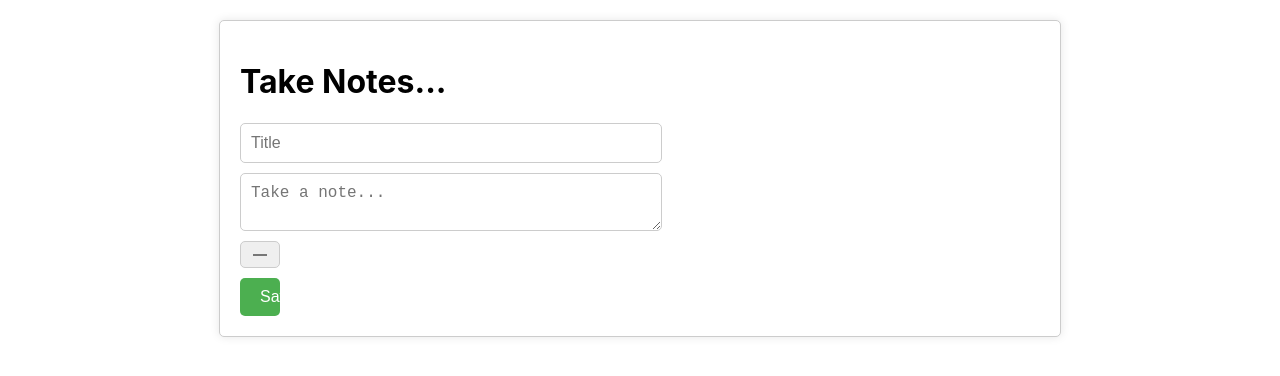
Repository: drumsmanku/google-keep-clone-1
Page: /
An editor plug-in stored every save of this project. The page is shown before and after the next save, followed by the edit.
The browser window is 1280 px wide. The pictures show the whole page.
The project was rebuilt for these pictures with package versions that can differ from the ones it lists, and the page was loaded fresh each time. Also part of the build but not shown: src/Components/Note.css, src/Components/Note.js.

Above is the page before, as saved 2023-12-23 10:57:12.

### src/App.js
import React, { useState, useEffect } from 'react';
import NoteList from './Components/NoteList';
import NoteForm from './Components/NoteForm';
import './App.css';

function App() {
  // Load notes from local storage or set to empty array
  const [notes, setNotes] = useState(
    JSON.parse(localStorage.getItem('notes')) || []
  );

  // This effect saves notes to local storage whenever notes state changes
  useEffect(() => {
    localStorage.setItem('notes', JSON.stringify(notes));
  }, [notes]);

  const createNote = (note) => {
    setNotes([note, ...notes]); // Prepend the new note to the beginning of the list
  };

  const editNote = (id, updatedNote) => {
    setNotes(notes.map(note => note.id === id ? updatedNote : note));
  };

  const deleteNote = (id) => {
    setNotes(notes.filter(note => note.id !== id)); // Remove note by id
  };

  return (
    <div className="app">
      <h1>Take Notes...</h1>
      <NoteForm onCreate={createNote} />
      <NoteList notes={notes} onDelete={deleteNote} onEdit={editNote} />
    </div>
  );
}

export default App;

### src/Components/NoteList.js
// NoteList does not need to change much, but it will pass the delete and edit functions down to Notes.
import React from 'react';
import Note from './Note';
import './NoteList.css';

function NoteList({ notes, onDelete, onEdit }) {
  return (
    <div className="note-list">
      {notes.map((note) => (
        <Note
          key={note.id}
          note={note}
          onDelete={onDelete}
          onEdit={onEdit}
        />
      ))}
    </div>
  );
}

export default NoteList;

### src/Components/NoteForm.js
// NoteForm will handle the creation of new notes.
import React, { useState } from 'react';
import './NoteForm.css'

function NoteForm({ onCreate }) {
  const [newNote, setNewNote] = useState({
    title: '',
    content: '',
    color: '#FFFFFF'
  });

  const handleSave = () => {
    if (newNote.title && newNote.content) {
      onCreate({ ...newNote, id: Date.now(), editTimestamp: Date.now() });
      setNewNote({ title: '', content: '', color: '#FFFFFF' }); // Reset the form
    }
  };

  const handleChange = (e) => {
    setNewNote({ ...newNote, [e.target.name]: e.target.value });
  };

  return (
    <div className="note-form">
      <input
        name="title"
        type="text"
        value={newNote.title}
        onChange={handleChange}
        placeholder="Title"
      />
      <textarea
        name="content"
        value={newNote.content}
        onChange={handleChange}
        placeholder="Take a note..."
      />
      <input
        name="color"
        type="color"
        value={newNote.color}
        onChange={handleChange}
      />
      <button onClick={handleSave}>Save</button>
    </div>
  );
}

export default NoteForm;

### src/App.css
.app {
  max-width: 800px;
  margin: 20px auto;
  padding: 20px;
  border: 1px solid #ccc;
  border-radius: 5px;
  background-color: #fff;
  box-shadow: 0 0 10px rgba(0, 0, 0, 0.1);
}

### src/Components/NoteList.css
.note-list {
  display: grid;
  grid-template-columns: repeat(auto-fill, minmax(250px, 1fr));
  gap: 20px;
}

### src/Components/NoteForm.css
.note-form {
  margin-top: 20px;
  display: flex;
  flex-direction: column;
}

.note-form input,
.note-form textarea {
  width: 50%;
  padding: 10px;
  margin-bottom: 10px;
  font-size: 16px;
  border: 1px solid #ccc;
  border-radius: 5px;
}

.note-form input[type='color']{
  width: 5%;
  padding: 10px;
  margin-bottom: 10px;
  font-size: 16px;
  border: 1px solid #ccc;
  border-radius: 5px;
  margin-right: 1rem;
}

.note-form button {
  width: 5%;
  padding: 10px 20px;
  font-size: 16px;
  border: none;
  border-radius: 5px;
  background-color: #4CAF50;
  color: white;
  cursor: pointer;
  transition: background-color 0.3s;
}

.note-form button:hover {
  background-color: #45a049;
}

Loaded but not shown: public/index.html (common file); src/index.js (common file); src/index.css (common file)

After the next save:
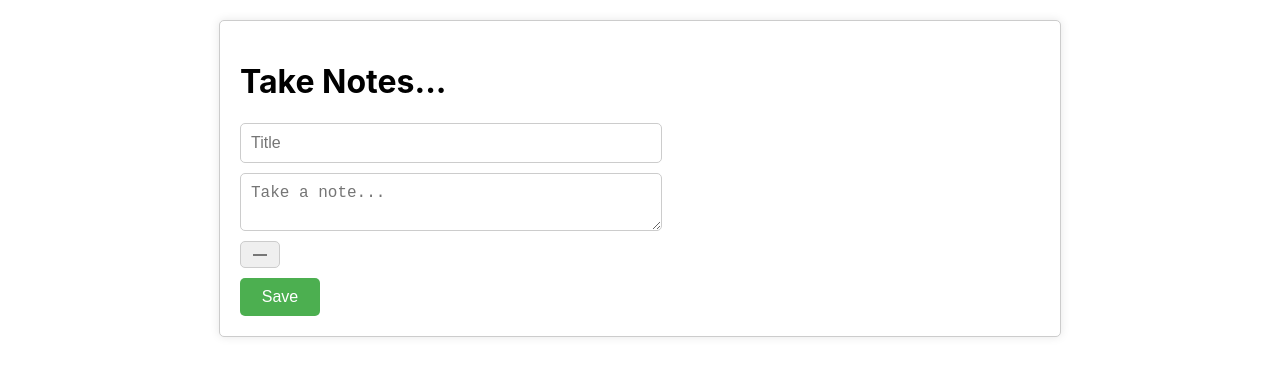
Saved 7 s later.
--- a/src/Components/NoteForm.css
+++ b/src/Components/NoteForm.css
@@ -25,7 +25,7 @@
 }
 
 .note-form button {
-  width: 5%;
+  width: 10%;
   padding: 10px 20px;
   font-size: 16px;
   border: none;
